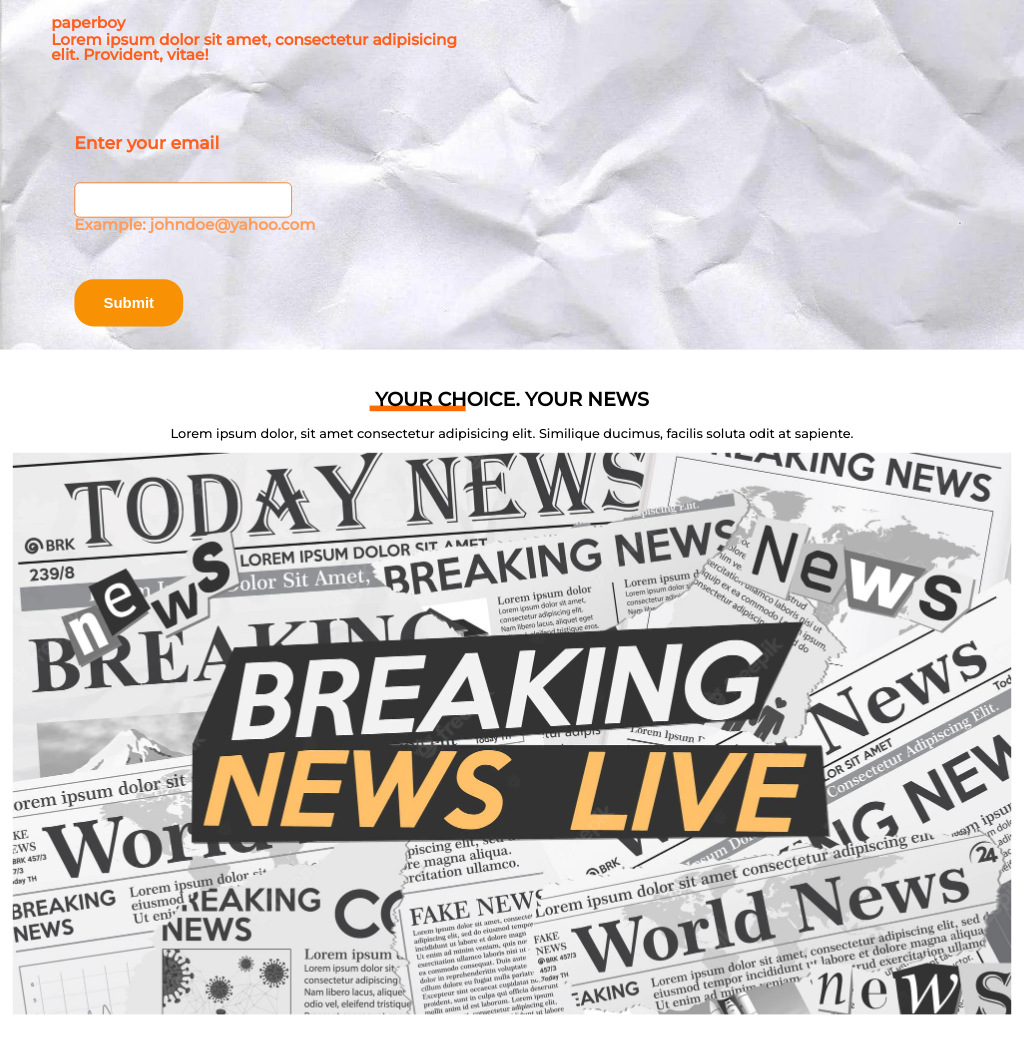
Repository: Gionnn/proiecte
Page: index.html
These files come from the project's save history. The page is drawn as it stood at one moment and after the next save; the edit follows.
The browser window is 1280 px wide. The pictures show the whole page, at 80% of full size.

Above is the page before, as saved 2022-11-28 12:31:09.

After the next save:
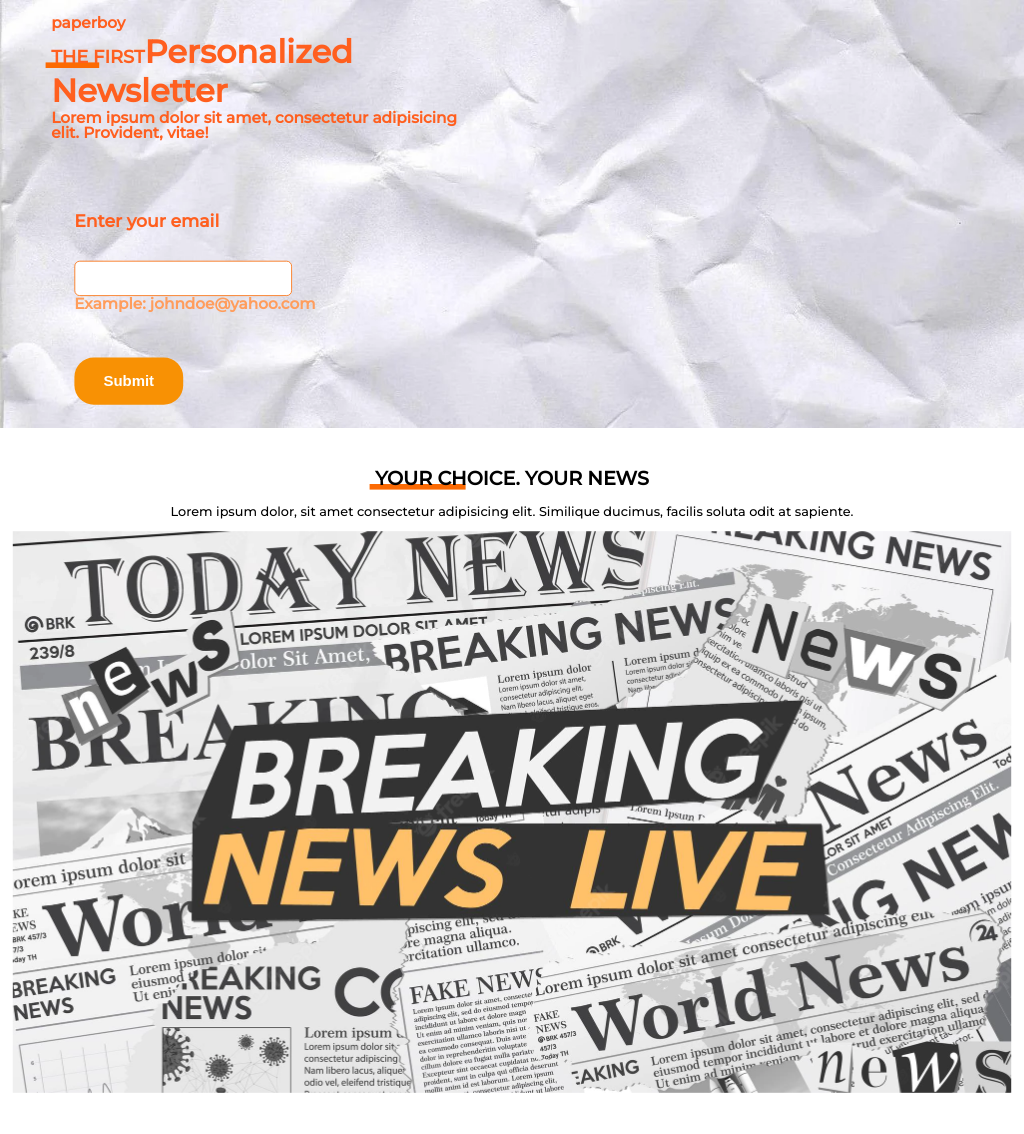
Saved 25 s later.
--- a/css/main.css
+++ b/css/main.css
@@ -147,7 +147,7 @@ p {
     width: 40%;
   }
   h1 {
-    display: none;
+    display: ruby;
   }
   .form-container {
     margin: 2em 0 0;
